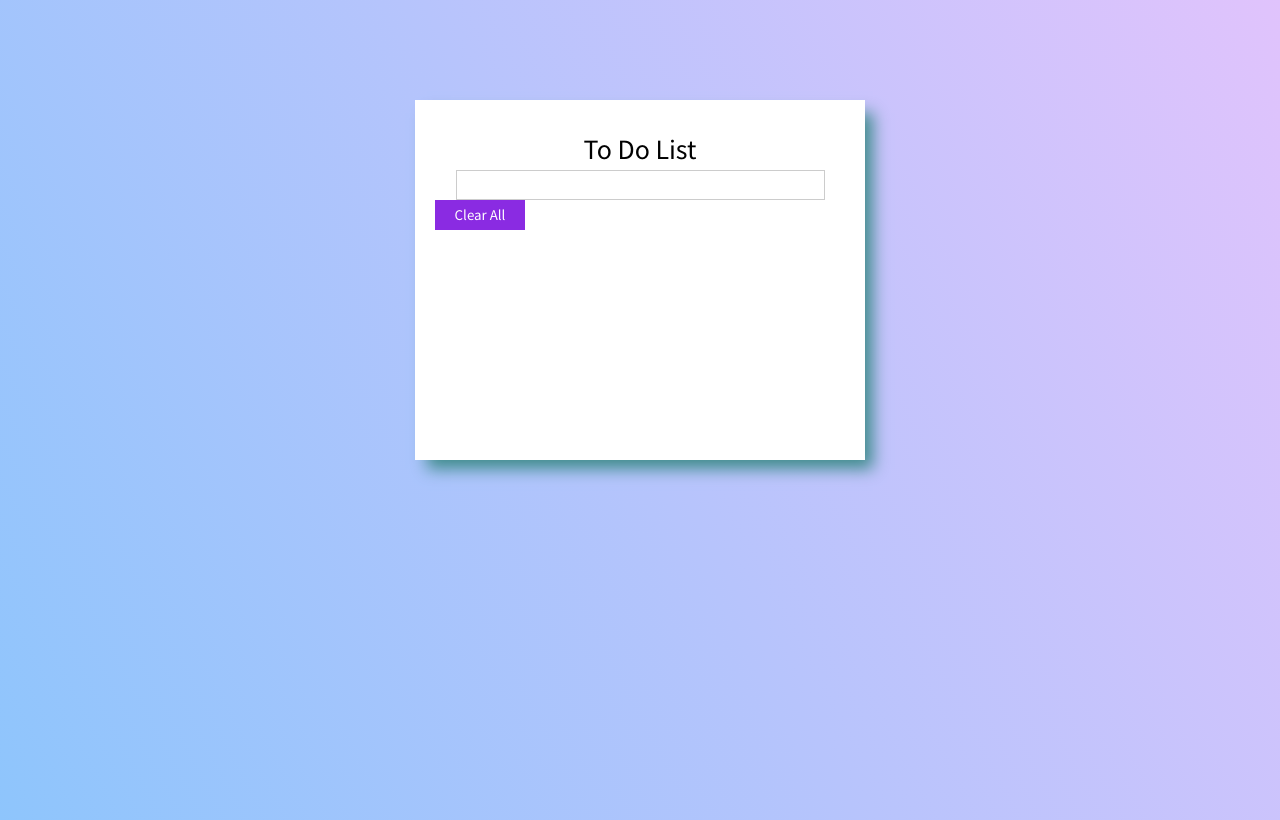
Repository: yangddoddi/Todo
Page: index.html
These files come from the project's save history. The page is drawn as it stood at one moment and after the next save; the edit follows.
The browser window is 1280 px wide. The pictures show the whole page.
Some web fonts or font styles are not loaded; a fallback is used. Some web libraries are served in a nearby version. The style sheet was rebuilt from its Sass, Less or Tailwind sources for each picture, by a compiler version that may differ from the author's.

Above is the page before, as saved 2022-04-22 17:04:54.
Console error: ReferenceError: handleInput is not defined

### index.html
<!DOCTYPE html>
<html lang="en">

<head>
    <meta charset="UTF-8">
    <meta http-equiv="X-UA-Compatible" content="IE=edge">
    <meta name="viewport" content="width=device-width, initial-scale=1.0">
    <title>TodoList</title>
    <link rel="stylesheet" href="style.css">
    <link rel="preconnect" href="https://fonts.googleapis.com">
    <link rel="preconnect" href="https://fonts.gstatic.com" crossorigin>
    <link href="https://fonts.googleapis.com/css2?family=Hubballi&family=Noto+Sans+KR:wght@300;400;500;700&display=swap"
        rel="stylesheet">
    <script src="https://kit.fontawesome.com/6cca727381.js" crossorigin="anonymous"></script>
    <script src="main.js" defer></script>
</head>

<body>
    <section class="todoList">
        <header class="todoList__title"><span>To Do List</span></header>
        <form class="inputForm">
            <input type="text" name="textbox" id="todoInput">
            <button class="input__icon" type="submit" <input type="text" name="emptyBox" id="" style="display:none">
        </form>
        <div class="todoList__main">
        </div>

        <footer class="todoList__foot">
            <p class="todoList__foot__task">You have 4 pending tasks</p><button class="todoList__foot__clearBtn">Clear
                All</button>
        </footer>
    </section>

</body>

</html>

### main.js
const textInput = document.querySelector("#todoInput");
const inputForm = document.querySelector(".inputForm");
const todoList = document.querySelector(".todoList__main");
const todoTask = document.querySelector(".todoList__foot__task");
todoTask.innerHTML = `You have ${todoList.childElementCount} pending tasks`;

const addBtn = document.querySelector(".input__icon");
const clearAllBtn = document.querySelector(".todoList__foot__clearBtn");

inputForm.addEventListener("submit", handleInput);
todoList.addEventListener("click", deleteBtn);
clearAllBtn.addEventListener("click", clickClearAll);

const todoArr = [];

function addToDo(newTodoItem) {
  const todoItem = document.createElement("div");
  todoItem.className = "todoList__main__item";
  todoItem.dataset.id = `${idCount}`;
  todoItem.innerHTML = `<p class="todoList__main__item--text">${newTodoItem.text}</p>
  <button class="trash deleteBtn" data-id=${newTodoItem.text}>
      <i class="trash fa-solid fa-trash-can" data-id=${idCount}></i>
  </button>`;
  todoList.append(todoItem);
  idCount++;
  todoList.scrollTo(0, todoList.lastChild.getBoundingClientRect().y);
}

function ChangeTaskNum() {
  todoTask.innerHTML = `You have ${todoList.childElementCount} pending tasks`;
}

function handleSubmit(e) {
  if (textInput.value == undefined) {
    return;
  }
  const newTodoItem = {
    id: Date.now(),
    text: textInput.value,
  };
  addToDo(newTodoItem);
  ChangeTaskNum();
  textInput.value = " ";
}

function deleteBtn(event) {
  let tagName = event.target.tagName;
  let targetCount = event.target.dataset.id;

  if (tagName !== "BUTTON" && tagName !== "I") {
    return;
  } else {
    let todoItem = document.querySelector(
      `.todoList__main__item[data-id="${targetCount}"]`
    );
    todoItem.remove();
  }
}

function clickClearAll() {
  while (todoList.hasChildNodes()) {
    todoList.removeChild(todoList.firstChild);
  }
  ChangeTaskNum();
}

### style.scss
* {
  box-sizing: border-box;
  -webkit-font-smoothing: antialiased;
  -ms-overflow-style: none; /* IE and Edge */
  scrollbar-width: none; /* Firefox */
  font-family: "Noto Sans KR", sans-serif;

  &::-webkit-scrollbar {
    display: none; /* Chrome, Safari, Opera*/
  }
}

button {
  outline: none;
  border: none;
}

body {
  margin: 0px;
  height: 100vh;
  background-image: linear-gradient(62deg, #8ec5fc 0%, #e0c3fc 100%);
  background-size: cover;
}

.todoList {
  display: flex;
  flex-direction: column;
  margin: 100px auto;
  width: 80%;
  max-width: 450px;
  height: 50%;
  text-align: center;
  background-color: white;
  padding: 20px;
  border: none;
  -webkit-box-shadow: 10px 11px 15px -2px #418d8e;
  box-shadow: 10px 11px 15px -2px #418d8e;
}

.todoList__title {
  width: 100%;
  height: 50px;
}

.todoList__title span {
  font-size: 25px;
  display: block;
  margin-top: 10px;
}

.inputContianer {
  display: flex;
  flex-direction: row;
  align-items: center;
  height: 30px;
  flex-wrap: nowrap;
  margin: 10px 0px;
}

#todoInput {
  width: 90%;
  border: 1px solid rgba(0, 0, 0, 0.2);
  height: 30px;
  font-size: 16px;
}

.input__icon {
  font-size: 23px;
  height: 100%;
  line-height: 27px;
  margin-left: 10px;
  cursor: pointer;
  background-color: blueviolet;
  color: white;
  font-weight: bold;
  width: 10%;

  &:hover {
    background-color: lightskyblue;
    transition: 300ms ease-in;
  }
}

.todoList__main {
  height: 300px;
  background-color: white;
  overflow-y: scroll;
}

.todoList__main__item {
  display: flex;
  align-items: center;
  justify-content: space-between;
  padding-left: 20px;
  background-color: whitesmoke;
  margin: 10px 0px;
}

.trash {
  padding: 20px;
  cursor: pointer;

  &:hover {
    background-color: red;
    color: white;

    transition: 300ms ease-in;
  }
}

.todoList__foot {
  width: 100%;
  height: 50px;
  display: flex;
  font-size: 14px;
  align-items: center;
  padding-top: 20px;
  justify-content: space-between;
}

.todoList__foot__task {
  font-size: 13px;
}

.todoList__foot__clearBtn {
  width: 90px;
  height: 30px;
  background-color: blueviolet;
  outline: none;
  line-height: 10px;
  border: none;
  color: white;
  cursor: pointer;

  &:hover {
    background-color: lightskyblue;
    transition: 300ms ease-in;
  }
}

After the next save:
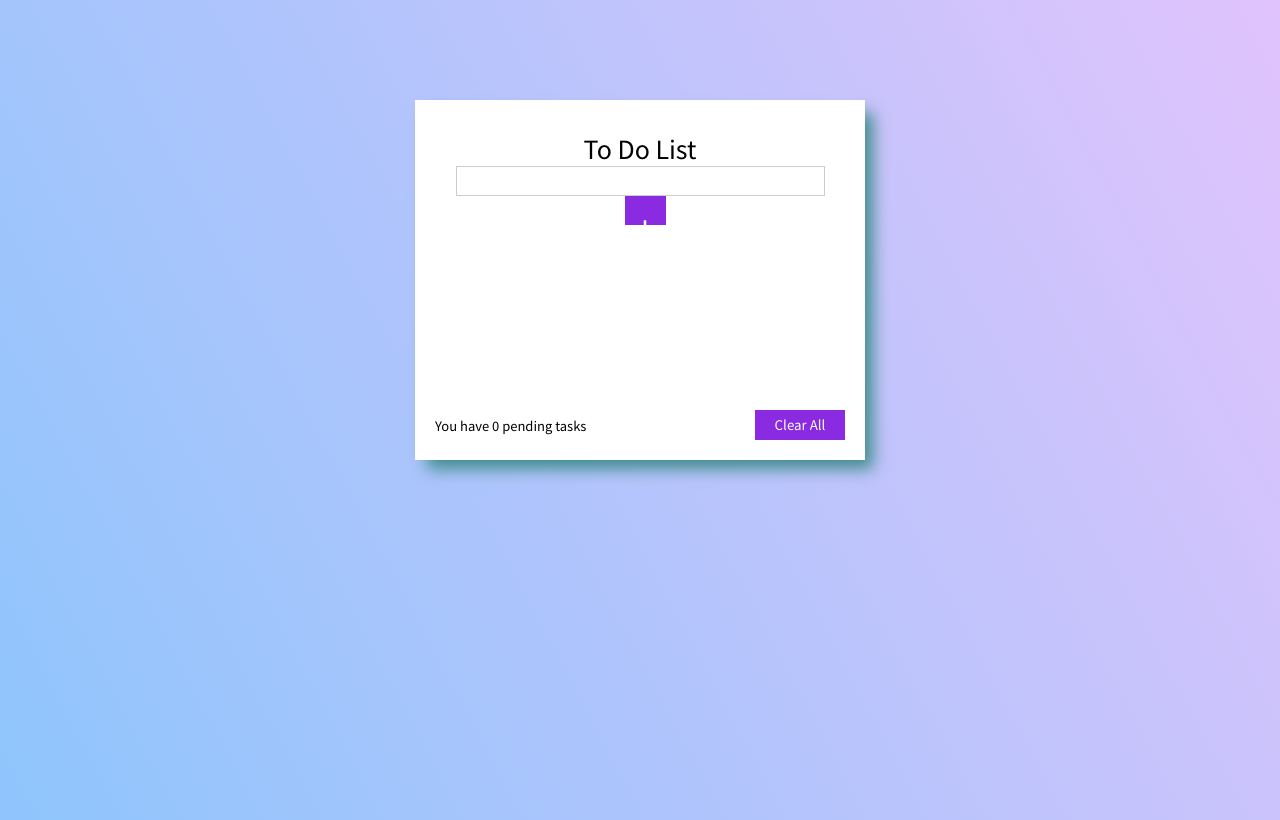
Saved 5 s later.
--- a/index.html
+++ b/index.html
@@ -20,7 +20,8 @@
         <header class="todoList__title"><span>To Do List</span></header>
         <form class="inputForm">
             <input type="text" name="textbox" id="todoInput">
-            <button class="input__icon" type="submit" <input type="text" name="emptyBox" id="" style="display:none">
+            <button class="input__icon" type="submit">+</button>
+            <input type="text" name="emptyBox" id="" style="display:none">
         </form>
         <div class="todoList__main">
         </div>
